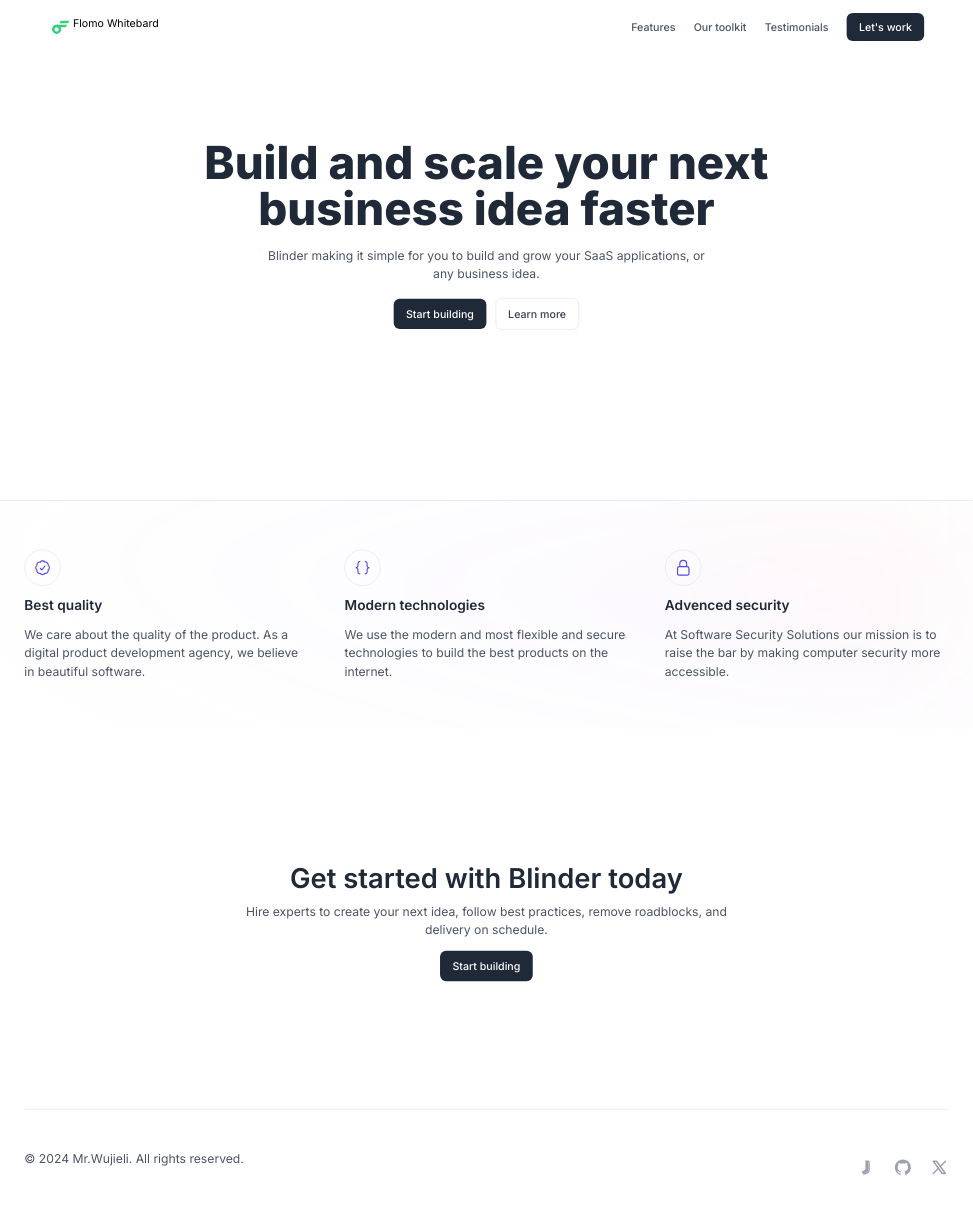
Repository: wujieli0207/flomo-board
Page: /
An editor plug-in stored every save of this project. The page is shown before and after the next save, followed by the edit.
The browser window is 1280 px wide. The pictures show the whole page, at 76% of full size.
The project was rebuilt for these pictures with package versions that can differ from the ones it lists, and the page was loaded fresh each time. The framework's server and built-in components were replaced by stand-ins that run in the browser. Also part of the build but not shown: next.config.mjs.

Above is the page before, as saved 2024-06-22 19:59:48.

### app/page.tsx
import GradientWrapper from '@/components/GradientWrapper'
import Features from '@/components/ui/Features'
import Footer from '@/components/ui/Footer'
import FooterCTA from '@/components/ui/FooterCTA'
import Hero from '@/components/ui/Hero'
import Navbar from '@/components/ui/Navbar'

export default function Home() {
  return (
    <>
      <Navbar />
      <main className="flex min-h-screen flex-col items-center justify-between">
        <Hero />
        <GradientWrapper>
          <Features />
        </GradientWrapper>
        <FooterCTA />
      </main>
      <Footer />
    </>
  )
}

### app/globals.css
@tailwind base;
@tailwind components;
@tailwind utilities;

.custom-screen {
  @apply max-w-screen-xl mx-auto px-4 md:px-8;
}

.gradient-border {
  border: 1px solid transparent;
  background: linear-gradient(white, white),
    linear-gradient(
      25deg,
      rgba(209, 213, 219, 1),
      rgba(209, 213, 219, 1),
      rgba(0, 0, 0, 0.63),
      rgba(209, 213, 219, 1),
      rgba(209, 213, 219, 1)
    );
  background-clip: padding-box, border-box;
  background-origin: padding-box, border-box;
}

### components/GradientWrapper.tsx
import { ReactNode } from 'react'

interface IProps {
  children: ReactNode
  className?: string
}

const GradientWrapper = ({ children, className = '' }: IProps) => (
  <div
    className={`relative overflow-hidden my-16 border-t sm:my-28 ${
      className ?? ''
    }`}
  >
    <div
      className="blur-[100px] absolute inset-0 w-full h-full"
      style={{
        background:
          'linear-gradient(202.72deg, rgba(237, 78, 80, 0.05) 14.76%, rgba(152, 103, 240, 0.04) 34.37%, rgba(152, 103, 240, 0) 86.62%)',
      }}
    ></div>
    <div className="relative">{children}</div>
  </div>
)

export default GradientWrapper

### components/ui/Features/index.tsx
import SectionWrapper from '../../SectionWrapper'

const Features = () => {
  const features = [
    {
      icon: (
        <svg
          xmlns="http://www.w3.org/2000/svg"
          fill="none"
          viewBox="0 0 24 24"
          strokeWidth={1.5}
          stroke="currentColor"
          className="w-6 h-6"
        >
          <path
            strokeLinecap="round"
            strokeLinejoin="round"
            d="M9 12.75L11.25 15 15 9.75M21 12c0 1.268-.63 2.39-1.593 3.068a3.745 3.745 0 01-1.043 3.296 3.745 3.745 0 01-3.296 1.043A3.745 3.745 0 0112 21c-1.268 0-2.39-.63-3.068-1.593a3.746 3.746 0 01-3.296-1.043 3.745 3.745 0 01-1.043-3.296A3.745 3.745 0 013 12c0-1.268.63-2.39 1.593-3.068a3.745 3.745 0 011.043-3.296 3.746 3.746 0 013.296-1.043A3.746 3.746 0 0112 3c1.268 0 2.39.63 3.068 1.593a3.746 3.746 0 013.296 1.043 3.746 3.746 0 011.043 3.296A3.745 3.745 0 0121 12z"
          />
        </svg>
      ),
      title: 'Best quality',
      desc: 'We care about the quality of the product. As a digital product development agency, we believe in beautiful software.',
    },
    {
      icon: (
        <svg
          className="w-6 h-6"
          viewBox="0 0 24 24"
          fill="none"
          xmlns="http://www.w3.org/2000/svg"
        >
          <path
            fill-rule="evenodd"
            clip-rule="evenodd"
            d="M9 4.476V3H8.865C8.3955 3 7.941 3.093 7.5015 3.2775C7.06407 3.46087 6.66854 3.73136 6.339 4.0725C6.01829 4.39483 5.76667 4.77915 5.5995 5.202V5.2035C5.45069 5.60502 5.35097 6.02305 5.3025 6.4485V6.4515C5.25984 6.8816 5.24781 7.31419 5.2665 7.746C5.2845 8.181 5.2935 8.616 5.2935 9.0495C5.2935 9.354 5.2335 9.639 5.118 9.9075V9.909C4.89786 10.433 4.48805 10.8546 3.9705 11.0895C3.70659 11.2048 3.42148 11.2635 3.1335 11.262H3V12.738H3.135C3.4275 12.738 3.705 12.798 3.969 12.9195L3.9705 12.921C4.2375 13.038 4.464 13.197 4.653 13.398L4.656 13.401C4.851 13.596 5.0055 13.8285 5.1165 14.0985L5.118 14.1015C5.235 14.3715 5.2935 14.6535 5.2935 14.9505C5.2935 15.3855 5.2845 15.8205 5.2665 16.254C5.2485 16.698 5.2605 17.1315 5.3025 17.559V17.5605C5.352 17.985 5.451 18.3975 5.598 18.7965V18.798C5.757 19.2075 6.0045 19.584 6.339 19.9275C6.6735 20.2725 7.062 20.538 7.5015 20.7225C7.941 20.907 8.3955 21 8.8665 21H9V19.524H8.865C8.565 19.524 8.2845 19.467 8.0205 19.3515C7.76585 19.2325 7.53389 19.0701 7.335 18.8715C7.14192 18.666 6.98519 18.4291 6.8715 18.171C6.7605 17.901 6.7065 17.616 6.7065 17.3115C6.7065 16.9695 6.711 16.632 6.723 16.3035C6.735 15.9615 6.735 15.6285 6.723 15.306C6.71771 14.9845 6.69015 14.6637 6.6405 14.346C6.59278 14.0326 6.50819 13.726 6.3885 13.4325C6.15504 12.8646 5.77322 12.3698 5.283 12C5.77377 11.6304 6.15612 11.1356 6.39 10.5675C6.51 10.2795 6.5925 9.978 6.642 9.6645C6.6915 9.3495 6.7185 9.03 6.7245 8.7045C6.7365 8.3745 6.7365 8.0415 6.7245 7.7055C6.7125 7.3695 6.7065 7.0305 6.7065 6.6885C6.7039 6.25858 6.82703 5.83727 7.06076 5.47643C7.29448 5.11558 7.6286 4.83093 8.022 4.6575C8.28687 4.53605 8.57512 4.4741 8.8665 4.476H9ZM15 19.524V21H15.135C15.6045 21 16.059 20.907 16.4985 20.7225C16.938 20.538 17.3265 20.2725 17.661 19.9275C17.9955 19.5825 18.243 19.2075 18.4005 18.798V18.7965C18.5505 18.3975 18.648 17.982 18.6975 17.5515V17.5485C18.7395 17.1285 18.7515 16.698 18.7335 16.254C18.7155 15.819 18.7065 15.384 18.7065 14.9505C18.7065 14.646 18.7665 14.361 18.882 14.0925V14.091C19.1019 13.5668 19.5118 13.1452 20.0295 12.9105C20.2935 12.7954 20.5785 12.7367 20.8665 12.738H21V11.262H20.865C20.571 11.262 20.2935 11.202 20.0295 11.0805L20.028 11.079C19.7705 10.968 19.5382 10.8057 19.3455 10.602L19.3425 10.599C19.1443 10.3993 18.9878 10.1622 18.882 9.9015V9.8985C18.7648 9.63083 18.7045 9.34171 18.705 9.0495C18.705 8.6145 18.714 8.1795 18.732 7.746C18.7507 7.3107 18.7387 6.87461 18.696 6.441V6.4395C18.6474 6.01715 18.5482 5.60217 18.4005 5.2035V5.202C18.2329 4.77902 17.9807 4.39469 17.6595 4.0725C17.3299 3.7314 16.9344 3.46091 16.497 3.2775C16.0653 3.09415 15.601 2.99977 15.132 3H15V4.476H15.135C15.435 4.476 15.7155 4.533 15.978 4.6485C16.239 4.7715 16.467 4.9305 16.6635 5.1285C16.854 5.3295 17.0085 5.5635 17.127 5.829C17.238 6.099 17.292 6.384 17.292 6.6885C17.292 7.0305 17.2875 7.3665 17.2755 7.6965C17.2635 8.0385 17.2635 8.3715 17.2755 8.694C17.2815 9.027 17.3085 9.3465 17.358 9.654C17.4075 9.975 17.4915 10.278 17.61 10.5675C17.8439 11.1356 18.2263 11.6303 18.717 12C18.2263 12.3697 17.8439 12.8644 17.61 13.4325C17.4912 13.7227 17.4066 14.0257 17.358 14.3355C17.3085 14.6505 17.2815 14.97 17.2755 15.2955C17.2634 15.6284 17.2634 15.9616 17.2755 16.2945C17.2875 16.6305 17.2935 16.9695 17.2935 17.3115C17.2959 17.7414 17.1727 18.1626 16.939 18.5234C16.7053 18.8842 16.3713 19.1689 15.978 19.3425C15.7131 19.4639 15.4249 19.5259 15.1335 19.524H15Z"
            fill="currentColor"
          />
        </svg>
      ),
      title: 'Modern technologies',
      desc: 'We use the modern and most flexible and secure technologies to build the best products on the internet.',
    },
    {
      icon: (
        <svg
          xmlns="http://www.w3.org/2000/svg"
          fill="none"
          viewBox="0 0 24 24"
          strokeWidth={1.5}
          stroke="currentColor"
          className="w-6 h-6"
        >
          <path
            strokeLinecap="round"
            strokeLinejoin="round"
            d="M16.5 10.5V6.75a4.5 4.5 0 10-9 0v3.75m-.75 11.25h10.5a2.25 2.25 0 002.25-2.25v-6.75a2.25 2.25 0 00-2.25-2.25H6.75a2.25 2.25 0 00-2.25 2.25v6.75a2.25 2.25 0 002.25 2.25z"
          />
        </svg>
      ),
      title: 'Advenced security',
      desc: 'At Software Security Solutions our mission is to raise the bar by making computer security more accessible.',
    },
  ]

  return (
    <SectionWrapper>
      <div id="features" className="custom-screen text-gray-600">
        <ul className="grid gap-x-12 gap-y-8 sm:grid-cols-2 lg:grid-cols-3">
          {features.map((item, idx) => (
            <li key={idx} className="space-y-3">
              <div className="w-12 h-12 border text-indigo-600 rounded-full flex items-center justify-center">
                {item.icon}
              </div>
              <h4 className="text-lg text-gray-800 font-semibold">
                {item.title}
              </h4>
              <p>{item.desc}</p>
            </li>
          ))}
        </ul>
      </div>
    </SectionWrapper>
  )
}

export default Features

### components/ui/Footer/index.tsx
import Link from 'next/link'

const socialInfo = [
  {
    icon: (
      <svg
        className="fill-current h-6"
        viewBox="0 0 1024 1024"
        version="1.1"
        xmlns="http://www.w3.org/2000/svg"
        p-id="11966"
      >
        <path
          d="M297.88660622 864.60698169a17.99472925 17.99472925 0 0 1-1.92238933 0.35535076l61.27179093 59.73970488c58.91832035-5.41181725 116.59000035-20.90744035 159.05150293-36.26325333 42.49645511-15.39076551 77.44316302-35.15642311 104.9100288-59.38435413a221.79130027 221.79130027 0 0 0 61.02129778-87.27647574c13.18293049-33.98551325 19.77148302-73.20225565 19.77148302-117.66187804V404.55008711c0-49.51608889 0.18058809-92.43779982 0.53593885-128.73600569 0.35535075-36.3331584 0.57089138-69.10698382 0.57089138-98.42633387l-68.53609245-54.67741297c0 29.24361955-0.18058809 62.01744498-0.53593884 98.31565084s-0.53593885 79.22574222-0.53593884 128.73600569v219.57763982c0 44.45379698-6.58855253 83.6763648-19.77148303 117.62692552a221.8786816 221.8786816 0 0 1-61.02129777 87.27647573c-27.43191325 24.2221056-62.40774827 44.02854115-104.9100288 59.38435413-41.93138915 15.16357405-91.9076864 25.49787307-149.89976463 30.97959538z"
          p-id="11967"
        ></path>
        <path
          d="M634.59018525 122.59965155c0 29.27857209-0.21554062 62.08735005-0.57089138 98.39138134a13396.43221333 13396.43221333 0 0 0-0.53593885 128.77678364v219.57763982c0 44.45379698-6.58855253 83.6763648-19.80643555 117.62692552a221.85537991 221.85537991 0 0 1-60.98634525 87.27647573c-27.46686578 24.2221056-62.44852622 44.02854115-104.9100288 59.38435413s-93.15432675 25.75419165-152.07264711 31.17183432l-33.05927111-142.02379378c26.85519645-2.98261618 53.48320142-7.79441493 79.68595058-14.38879289a165.97210453 165.97210453 0 0 0 59.62902187-28.46301298c18.05880889-14.06839467 31.70194773-31.77767822 40.96436906-53.1103744 9.19251627-21.3385216 13.78294898-49.51608889 13.78294898-84.5676544 0-28.21251982 0.1048576-57.92217315 0.28544569-89.19886507 0.18058809-31.24173938 0.25049315-63.51457849 0.25049315-96.74861226 0-57.85226809-0.25049315-103.83815111-0.786432-137.99842702-0.57089138-34.16027591-0.9961472-66.04281173-1.35149795-95.68256h179.42882987l0.0524288-0.0233017z"
          p-id="11968"
        ></path>
      </svg>
    ),
    href: 'https://web.okjike.com/u/737645D8-42B5-4B4F-9687-DCA50D85DE1A',
  },
  {
    icon: (
      <svg
        className="fill-current h-6 icon"
        viewBox="0 0 1024 1024"
        version="1.1"
        xmlns="http://www.w3.org/2000/svg"
        p-id="10708"
      >
        <path
          d="M511.6 76.3C264.3 76.2 64 276.4 64 523.5 64 718.9 189.3 885 363.8 946c23.5 5.9 19.9-10.8 19.9-22.2v-77.5c-135.7 15.9-141.2-73.9-150.3-88.9C215 726 171.5 718 184.5 703c30.9-15.9 62.4 4 98.9 57.9 26.4 39.1 77.9 32.5 104 26 5.7-23.5 17.9-44.5 34.7-60.8-140.6-25.2-199.2-111-199.2-213 0-49.5 16.3-95 48.3-131.7-20.4-60.5 1.9-112.3 4.9-120 58.1-5.2 118.5 41.6 123.2 45.3 33-8.9 70.7-13.6 112.9-13.6 42.4 0 80.2 4.9 113.5 13.9 11.3-8.6 67.3-48.8 121.3-43.9 2.9 7.7 24.7 58.3 5.5 118 32.4 36.8 48.9 82.7 48.9 132.3 0 102.2-59 188.1-200 212.9 23.5 23.2 38.1 55.4 38.1 91v112.5c0.8 9 0 17.9 15 17.9 177.1-59.7 304.6-227 304.6-424.1 0-247.2-200.4-447.3-447.5-447.3z"
          p-id="10709"
        ></path>
      </svg>
    ),
    href: 'https://github.com/wujieli0207',
  },
  {
    icon: (
      <svg
        xmlns="http://www.w3.org/2000/svg"
        width="24"
        height="24"
        viewBox="0 0 24 24"
        fill="none"
        stroke="currentColor"
        stroke-width="2"
        stroke-linecap="round"
        stroke-linejoin="round"
      >
        <path stroke="none" d="M0 0h24v24H0z" fill="none" />
        <path d="M4 4l11.733 16h4.267l-11.733 -16z" />
        <path d="M4 20l6.768 -6.768m2.46 -2.46l6.772 -6.772" />
      </svg>
    ),
    href: 'https://x.com/li_wujie',
  },
]

const Footer = () => (
  <footer>
    <div className="custom-screen pt-16">
      <div className="mt-10 py-10 border-t items-center justify-between sm:flex">
        <p className="text-gray-600">
          © 2024{' '}
          <Link
            href="https://wujieli.com"
            target="_blank"
            className="hover:text-gray-800 hover:underline duration-150"
          >
            Mr.Wujieli
          </Link>
          . All rights reserved.
        </p>
        <div className="flex items-center gap-x-6 text-gray-400 mt-6">
          {socialInfo.map((item, idx) => (
            <a
              key={idx}
              href={item.href}
              aria-label="social media"
              target="_blank"
              rel="noreferrer"
            >
              {item.icon}
            </a>
          ))}
        </div>
      </div>
    </div>
  </footer>
)

export default Footer

### components/ui/FooterCTA/index.tsx
import SectionWrapper from '../../SectionWrapper'
import NavLink from '../NavLink'

const FooterCTA = () => (
  <SectionWrapper>
    <div className="custom-screen">
      <div className="max-w-2xl mx-auto text-center">
        <h2 className="text-gray-800 text-3xl font-semibold sm:text-4xl">
          Get started with Blinder today
        </h2>
        <p className="mt-3 text-gray-600">
          Hire experts to create your next idea, follow best practices, remove
          roadblocks, and delivery on schedule.
        </p>
        <NavLink
          href="/get-started"
          className="mt-4 inline-block font-medium text-sm text-white bg-gray-800 hover:bg-gray-600 active:bg-gray-900"
        >
          Start building
        </NavLink>
      </div>
    </div>
  </SectionWrapper>
)

export default FooterCTA

### components/ui/Hero/index.tsx
import NavLink from '../NavLink'

const Hero = () => (
  <section>
    <div className="custom-screen py-28 text-gray-600">
      <div className="space-y-5 max-w-4xl mx-auto text-center">
        <h1 className="text-4xl text-gray-800 font-extrabold mx-auto sm:text-6xl">
          Build and scale your next business idea faster
        </h1>
        <p className="max-w-xl mx-auto">
          Blinder making it simple for you to build and grow your SaaS
          applications, or any business idea.
        </p>
        <div className="flex items-center justify-center gap-x-3 font-medium text-sm">
          <NavLink
            href="/get-started"
            className="text-white bg-gray-800 hover:bg-gray-600 active:bg-gray-900 "
          >
            Start building
          </NavLink>
          <NavLink
            href="#cta"
            className="text-gray-700 border hover:bg-gray-50"
          >
            Learn more
          </NavLink>
        </div>
      </div>
    </div>
  </section>
)

export default Hero

### components/ui/Navbar/index.tsx
'use client'

import Link from 'next/link'
import { useEffect, useState } from 'react'
import Brand from '../Brand'
import NavLink from '../NavLink'

const Navbar = () => {
  const [state, setState] = useState(false)
  // const { events } = useRouter()

  const navigation = [
    { title: 'Features', path: '#features' },
    { title: 'Our toolkit', path: '#toolkit' },
    { title: 'Testimonials', path: '#testimonials' },
  ]

  useEffect(() => {
    // Close the navbar menu when navigate
    const handleState = () => {
      document.body.classList.remove('overflow-hidden')
      setState(false)
    }
    // events.on('routeChangeStart', () => handleState())
    // events.on('hashChangeStart', () => handleState())
  }, [])

  const handleNavMenu = () => {
    setState(!state)
    document.body.classList.toggle('overflow-hidden')
  }

  return (
    <nav
      className={`bg-white w-full px-8 md:static md:text-sm ${
        state ? 'fixed z-10 h-full' : ''
      }`}
    >
      <div className="custom-screen items-center mx-auto md:flex">
        <div className="flex items-center justify-between py-3 md:py-5 md:block">
          <Brand />
          <div className="md:hidden">
            <button
              role="button"
              aria-label="Open the menu"
              className="text-gray-500 hover:text-gray-800"
              onClick={handleNavMenu}
            >
              {state ? (
                <svg
                  xmlns="http://www.w3.org/2000/svg"
                  className="h-6 w-6"
                  viewBox="0 0 20 20"
                  fill="currentColor"
                >
                  <path
                    fillRule="evenodd"
                    d="M4.293 4.293a1 1 0 011.414 0L10 8.586l4.293-4.293a1 1 0 111.414 1.414L11.414 10l4.293 4.293a1 1 0 01-1.414 1.414L10 11.414l-4.293 4.293a1 1 0 01-1.414-1.414L8.586 10 4.293 5.707a1 1 0 010-1.414z"
                    clipRule="evenodd"
                  />
                </svg>
              ) : (
                <svg
                  xmlns="http://www.w3.org/2000/svg"
                  fill="none"
                  viewBox="0 0 24 24"
                  strokeWidth={1.5}
                  stroke="currentColor"
                  className="w-6 h-6"
                >
                  <path
                    strokeLinecap="round"
                    strokeLinejoin="round"
                    d="M3.75 6.75h16.5M3.75 12h16.5m-16.5 5.25h16.5"
                  />
                </svg>
              )}
            </button>
          </div>
        </div>
        <div
          className={`flex-1 pb-3 mt-8 md:pb-0 md:mt-0 md:block ${
            state ? '' : 'hidden'
          }`}
        >
          <ul className="text-gray-700 justify-end items-center space-y-6 md:flex md:space-x-6 md:space-y-0 md:text-gray-600 md:font-medium">
            {navigation.map((item, idx) => {
              return (
                <li key={idx} className="duration-150 hover:text-gray-900">
                  <Link href={item.path} className="block">
                    {item.title}
                  </Link>
                </li>
              )
            })}
            <li>
              <NavLink
                href="/get-started"
                className="block font-medium text-sm text-white bg-gray-800 hover:bg-gray-600 active:bg-gray-900 md:inline"
              >
                Let's work
              </NavLink>
            </li>
          </ul>
        </div>
      </div>
    </nav>
  )
}

export default Navbar

### components/SectionWrapper.tsx
import { ReactNode } from 'react'

interface IProps {
  children: ReactNode
  id?: string
  className?: string
}

const SectionWrapper = ({ children, id, className }: IProps) => (
  <section id={id} className={`py-16 ${className ?? ''}`}>
    {children}
  </section>
)

export default SectionWrapper

### components/ui/NavLink/index.tsx
import Link from 'next/link'
import { ReactNode } from 'react'

interface IProps {
  children: ReactNode
  href: string
  className?: string
}

const NavLink = ({ children, href, className = '' }: IProps) => (
  <Link
    href={href}
    className={`py-2.5 px-4 text-center rounded-lg duration-150 ${className}`}
  >
    {children}
  </Link>
)

export default NavLink

### components/ui/Brand/index.tsx
import Image from 'next/image'
import Link from 'next/link'

const Brand = () => (
  <Link href="/" className="flex">
    <Image src="/logo.svg" width={32} height={24} alt="logo" />
    Flomo Whitebard
  </Link>
)
export default Brand

### tailwind.config.ts
import type { Config } from 'tailwindcss'

const config: Config = {
  content: [
    './pages/**/*.{js,ts,jsx,tsx,mdx}',
    './components/**/*.{js,ts,jsx,tsx,mdx}',
    './app/**/*.{js,ts,jsx,tsx,mdx}',
  ],
  theme: {
    extend: {
      backgroundImage: {
        'gradient-radial': 'radial-gradient(var(--tw-gradient-stops))',
        'gradient-conic':
          'conic-gradient(from 180deg at 50% 50%, var(--tw-gradient-stops))',
      },
    },
  },
  plugins: [
    require('@tailwindcss/forms')({
      strategy: 'class', // only generate classes
    }),
  ],
}
export default config

Loaded but not shown: app/layout.tsx (common file)

After the next save:
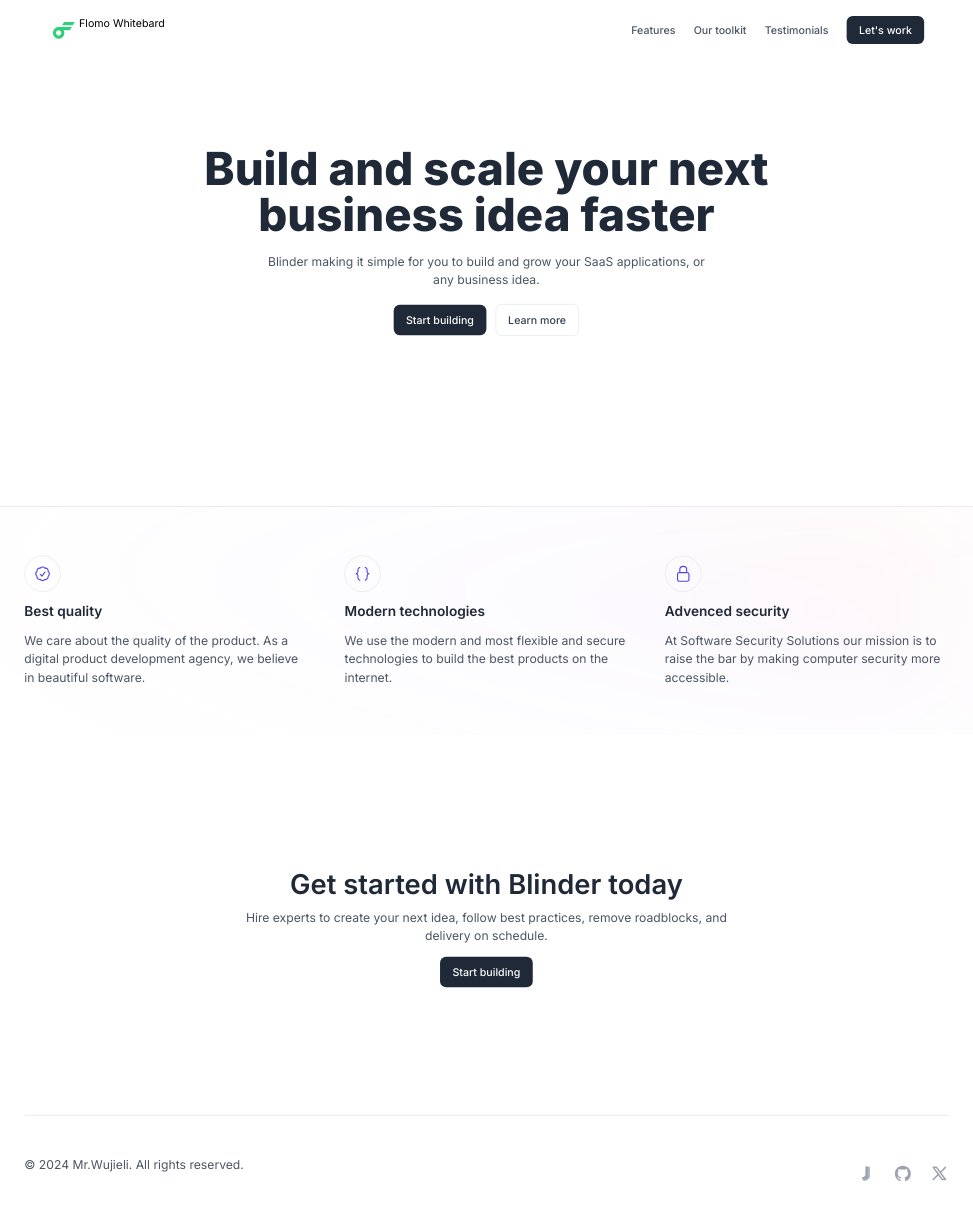
Saved 6 s later.
--- a/components/ui/Brand/index.tsx
+++ b/components/ui/Brand/index.tsx
@@ -3,7 +3,7 @@
 
 const Brand = () => (
   <Link href="/" className="flex">
-    <Image src="/logo.svg" width={32} height={24} alt="logo" />
+    <Image src="/logo.svg" width={40} height={40} alt="logo" />
     Flomo Whitebard
   </Link>
 )
